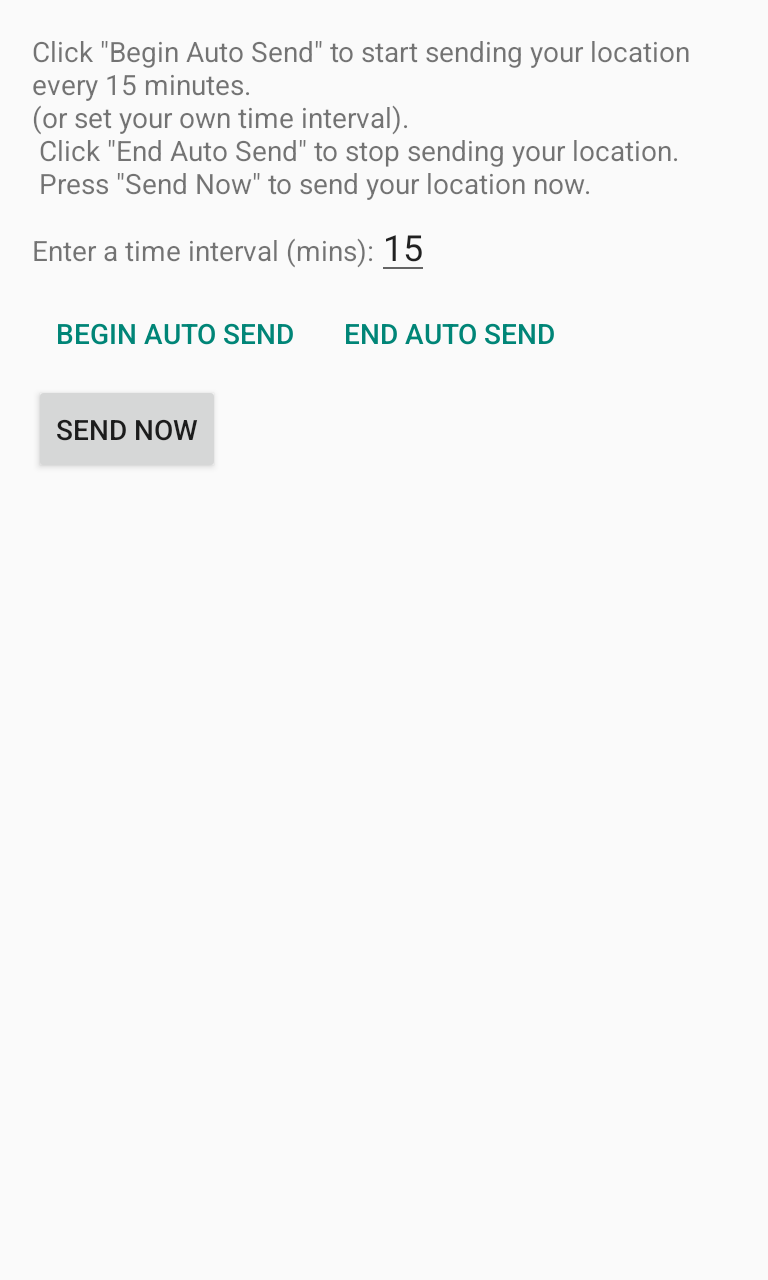
Repository: haidark/rahat
Layout: android/Rahat/res/layout/fragment_main.xml
The author's editor kept a copy of each file at every save. The layout is drawn from the files as they stood at one save, then again after the next save.
It is drawn on a 768 x 1280 px phone screen (xhdpi) without system bars, with theme AppTheme; the app's code is not run.

Above is the layout before, as saved 2014-05-04 02:39:17.

### android/Rahat/res/layout/fragment_main.xml
<LinearLayout xmlns:android="http://schemas.android.com/apk/res/android"
    xmlns:tools="http://schemas.android.com/tools"
    android:layout_width="match_parent"
    android:layout_height="match_parent"
    android:paddingBottom="@dimen/activity_vertical_margin"
    android:paddingLeft="@dimen/activity_horizontal_margin"
    android:paddingRight="@dimen/activity_horizontal_margin"
    android:paddingTop="@dimen/activity_vertical_margin"
    tools:context="com.example.rahat.MainActivity$PlaceholderFragment"
	android:orientation="vertical" >
    <TextView android:id="@+id/text_top"
	          android:layout_width="wrap_content"
	          android:layout_height="wrap_content"
	          android:text="@string/text_info" />

    <LinearLayout android:layout_width="wrap_content"
    			  android:layout_height="wrap_content"
    			  android:orientation="horizontal">

    	<TextView android:id="@+id/text_inter"
	          android:layout_width="wrap_content"
	          android:layout_height="wrap_content"
	          android:text="@string/text_interval" />

    	<EditText android:id="@+id/edit_1"
        		  android:layout_width="wrap_content"
        		  android:layout_height="wrap_content"
        		  android:text="@string/edit_1"
        		  android:maxLength="3"
        		  android:inputType="number" />
    </LinearLayout>


    <LinearLayout android:layout_width="wrap_content"
    			  android:layout_height="wrap_content"
    			  android:orientation="horizontal"
    			  style="?android:attr/buttonBarStyle">

        <Button
            	android:id="@+id/beginbutton"
            	android:layout_width="wrap_content"
		        android:layout_height="wrap_content"
		        android:text="@string/button_start"
		        android:onClick="beginService"
		        style="?android:attr/buttonBarButtonStyle" />
        <Button
            	android:id="@+id/endbutton"
            	android:layout_width="wrap_content"
		        android:layout_height="wrap_content"
		        android:text="@string/button_stop"
		        android:onClick="endService"
		        style="?android:attr/buttonBarButtonStyle" />
    </LinearLayout>



    <Button
        android:layout_width="wrap_content"
        android:layout_height="wrap_content"
        android:text="@string/button_send"
        android:onClick="sendLocation" />

    <ScrollView android:layout_width="fill_parent"
    			android:layout_height="wrap_content" >

	    <TextView android:id="@+id/text_1"
	        android:layout_width="wrap_content"
	        android:layout_height="wrap_content"
	        android:text="@string/text_scroll" />

	</ScrollView>

</LinearLayout>

### android/Rahat/res/values/strings.xml
<?xml version="1.0" encoding="utf-8"?>
<resources>

    <string name="app_name">Rahat</string>
    <string name="action_settings">Settings</string>
	<string name="edit_1">15</string>
	<string name="text_info">
	    Click \"Begin Auto Send\" to start sending your location every 15 minutes.
	    \n(or set your own time interval).\n
	    Click \"End Auto Send\" to stop sending your location.\n
	    Press \"Send Now\" to send your location now.
	    </string>
	<string name="text_scroll"></string>
	<string name="text_interval">Enter a time interval (mins):</string>
	<string name="button_send">Send Now</string>
	<string name="button_start">Begin Auto Send</string>
	<string name="button_stop">End Auto Send</string>
	<string name="title_activity_main">MainActivity</string>
</resources>

Loaded but not shown: android/Rahat/res/values/styles.xml (common file); android/Rahat/res/values-v11/styles.xml (common file); android/Rahat/res/values-v14/styles.xml (common file); android/Rahat/res/values/dimens.xml (common file); android/Rahat/res/values-w820dp/dimens.xml (common file)

After the next save:
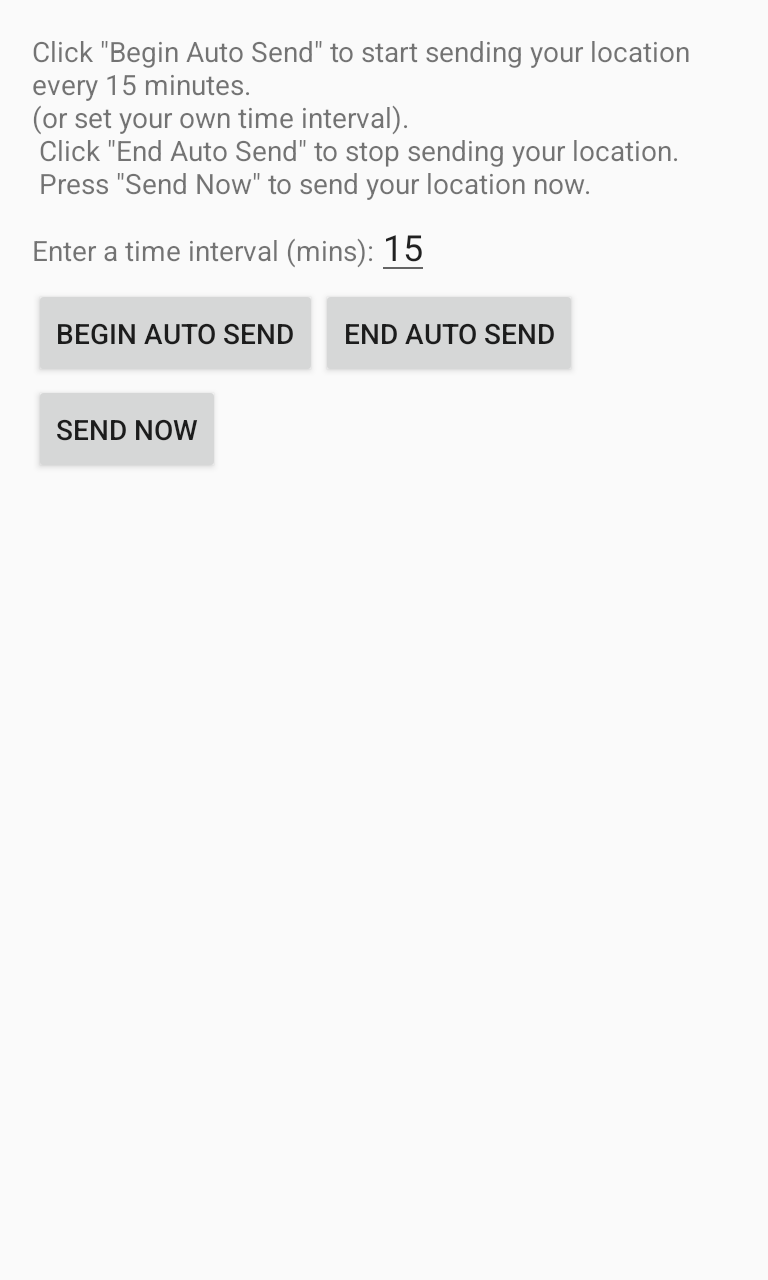
Saved 65 s later.
--- a/android/Rahat/res/layout/fragment_main.xml
+++ b/android/Rahat/res/layout/fragment_main.xml
@@ -33,23 +33,20 @@
 
     <LinearLayout android:layout_width="wrap_content"
     			  android:layout_height="wrap_content"
-    			  android:orientation="horizontal"
-    			  style="?android:attr/buttonBarStyle">
+    			  android:orientation="horizontal">
 
         <Button
             	android:id="@+id/beginbutton"
             	android:layout_width="wrap_content"
 		        android:layout_height="wrap_content"
 		        android:text="@string/button_start"
-		        android:onClick="beginService"
-		        style="?android:attr/buttonBarButtonStyle" />
+		        android:onClick="beginService" />
         <Button
             	android:id="@+id/endbutton"
             	android:layout_width="wrap_content"
 		        android:layout_height="wrap_content"
 		        android:text="@string/button_stop"
-		        android:onClick="endService"
-		        style="?android:attr/buttonBarButtonStyle" />
+		        android:onClick="endService" />
     </LinearLayout>
 
 
